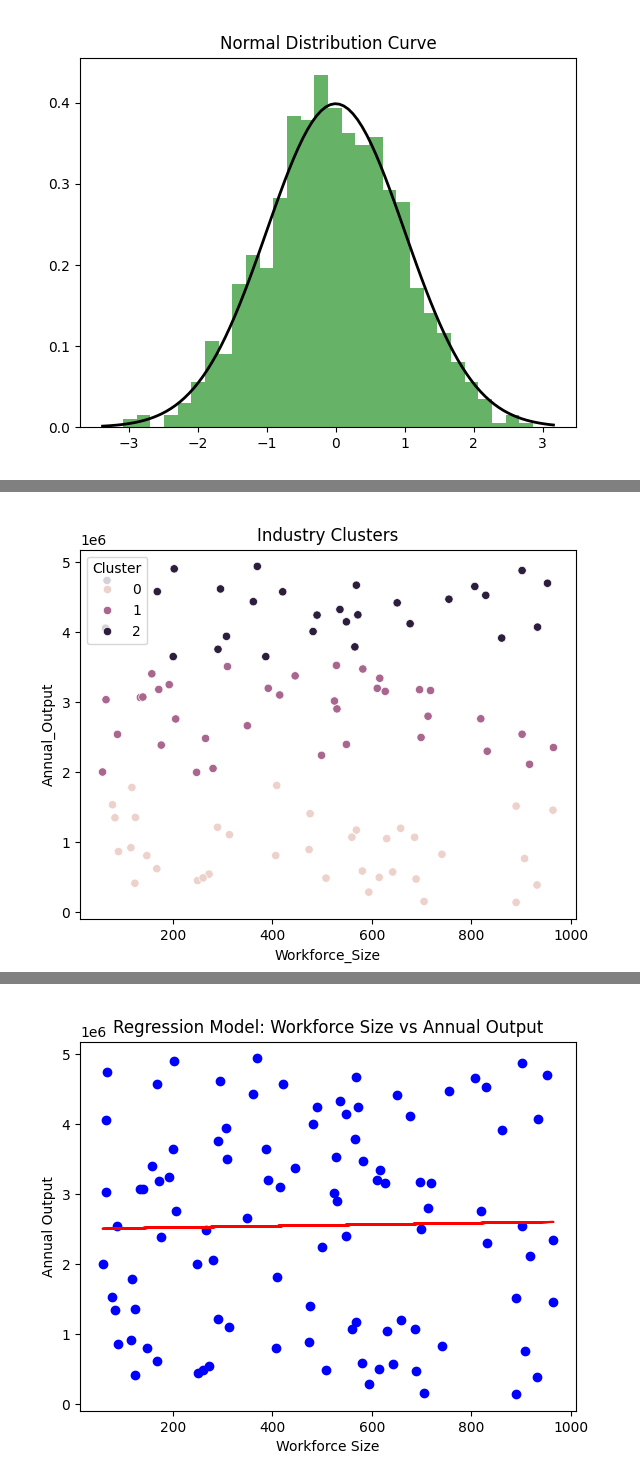
Repository: sjetti5555/GenAi
Script's output: python PresentationData/7Industrypolicyprep.py
An editor plug-in stored every save of this project. The script's output is shown before and after the next save, followed by the edit.
Each picture stacks the figures in order, with grey between them; figures that are only written to a file come last. Random numbers start from a fixed seed.

Above is the script's output before, as saved 2024-10-20 10:26:26.

### PresentationData/7Industrypolicyprep.py
import pandas as pd
import numpy as np
import matplotlib.pyplot as plt
import seaborn as sns
from scipy.stats import norm, ttest_ind
from sklearn.cluster import KMeans
from sklearn.linear_model import LinearRegression
import scipy.stats as stats

# Step 1: Load Dataset from CSV
file_path = r'C:\Users\srira\OneDrive\Desktop\Gen_AI\PresentationData\industry_data.csv'
df = pd.read_csv(file_path)

# Display the first few rows of the DataFrame to verify the data
print("Loaded Dataset:")
print(df.head())

# Step 2: Descriptive Statistics (Mean, Median, Mode)
mean_workforce = df['Workforce_Size'].mean()
median_workforce = df['Workforce_Size'].median()
mode_industry = df['Industry_Type'].mode()[0]

# Step 3: Probability Analysis with Normal Distribution
data = norm.rvs(size=1000, loc=0, scale=1)
plt.hist(data, bins=30, density=True, alpha=0.6, color='g')
xmin, xmax = plt.xlim()
x = np.linspace(xmin, xmax, 100)
p = norm.pdf(x)
plt.plot(x, p, 'k', linewidth=2)
plt.title("Normal Distribution Curve")
plt.show()

# Step 4: Confidence Interval Calculation
std_dev = df['Workforce_Size'].std()
confidence_level = 0.95
n = len(df)
h = stats.norm.ppf((1 + confidence_level) / 2) * (std_dev / np.sqrt(n))
confidence_interval = (mean_workforce - h, mean_workforce + h)

# Step 5: Clustering Analysis
kmeans = KMeans(n_clusters=3)
df['Cluster'] = kmeans.fit_predict(df[['Workforce_Size', 'Annual_Output']])
sns.scatterplot(data=df, x='Workforce_Size', y='Annual_Output', hue='Cluster')
plt.title('Industry Clusters')
plt.show()

# Step 6: T-Test
group1 = df[df['Industry_Type'] == 'Manufacturing']['Annual_Output']
group2 = df[df['Industry_Type'] == 'IT']['Annual_Output']
t_stat, p_value = ttest_ind(group1, group2)

# Step 7: Linear Regression
X = df[['Workforce_Size']].values
y = df['Annual_Output'].values
model = LinearRegression()
model.fit(X, y)
y_pred = model.predict(X)
plt.scatter(X, y, color='blue')
plt.plot(X, y_pred, color='red')
plt.title('Regression Model: Workforce Size vs Annual Output')
plt.xlabel('Workforce Size')
plt.ylabel('Annual Output')
plt.show()

# Output Summary
summary = {
    "Mean Workforce Size": mean_workforce,
    "Median Workforce Size": median_workforce,
    "Mode Industry Type": mode_industry,
    "Confidence Interval": confidence_interval,
    "T-Statistic": t_stat,
    "P-Value": p_value
}
summary

### PresentationData/industry_data.csv
Industry_Type,Workforce_Size,Annual_Output
Agriculture,135,3070500.1448073606
IT,392,3201344.5320841167
Agriculture,290,1215249.995557707
Manufacturing,250,453900.9721581675
Manufacturing,314,1109749.2086910568
Agriculture,248,2000292.0429291932
Manufacturing,807,4656475.782927807
Agriculture,699,2499202.144113585
Manufacturing,566,3793136.8199324603
Agriculture,482,4012755.103802133
IT,203,4908527.189798254
Manufacturing,829,4529981.751656874
Manufacturing,140,3076591.770593123
IT,350,2666761.4753460246
Agriculture,819,2766132.2716720924
Agriculture,569,1175766.0493832633
Manufacturing,529,3528799.235459311
Manufacturing,490,4247638.015188094
IT,206,2763298.0590850143
Agriculture,549,4151620.4989436893
IT,642,576625.7505926037
IT,84,1351375.6408751344
Manufacturing,177,2389980.197568243
IT,116,923606.200114177
Manufacturing,651,4422762.500638072
Agriculture,689,476305.0410202425
Manufacturing,124,415931.0596158709
IT,861,3919323.3870808175
Manufacturing,172,3184988.9808089607
Agriculture,273,545986.7281443733
IT,902,4884705.035127538
Manufacturing,933,4075856.1525257775
Agriculture,686,1072260.7326951034
Manufacturing,917,2115332.36708093
IT,65,4060453.0240287757
Manufacturing,168,623253.0615802248
Manufacturing,409,1812654.319000391
IT,125,1356030.7510352237
IT,148,809896.7701924144
IT,907,768675.8461876742
IT,902,2545034.758710171
IT,281,2055942.398150861
Agriculture,421,4580394.4985801745
Agriculture,549,2399452.1465138695
IT,89,2543300.114601563
IT,499,2243655.223333764
IT,158,3408804.376681487
Agriculture,308,3943927.527621789
IT,66,3038787.468686495
Agriculture,572,4251423.628364299
Agriculture,953,4702699.351576
Manufacturing,387,3654424.2229146524
Agriculture,569,4674967.690826447
Agriculture,705,155523.08239125862
IT,508,488827.5974634039
IT,677,4124110.8863900388
Agriculture,415,3106015.767380136
IT,474,896373.783859812
IT,611,3201163.362590126
IT,296,4620951.810671019
Agriculture,407,812052.6258940366
IT,890,142022.73022554
Manufacturing,91,868567.5312987741
Agriculture,718,3169900.8566946606
IT,932,390982.0464393731
IT,362,4439380.755515181
Agriculture,530,2907494.413623023
IT,890,1518013.205918499
Manufacturing,696,3181885.043858166
IT,266,2485227.0079795383
Manufacturing,79,1537480.642817138
Agriculture,446,3379382.389438244
Manufacturing,261,492227.1316310407
Agriculture,169,4583156.604811477
Agriculture,581,590325.1948567217
Agriculture,560,1073967.6917058118
IT,201,3654349.7374175983
Agriculture,630,1053860.3787793615
IT,627,3157023.3502360606
Manufacturing,713,2802413.5414687833
Manufacturing,582,3477287.6400683834
IT,476,1409586.960067622
IT,832,2302074.0447501624
Manufacturing,370,4943343.464224953
Manufacturing,616,3345193.82125751
Manufacturing,118,1784234.534867365
Agriculture,964,1459848.7054281519
Agriculture,193,3253747.353447184
IT,755,4474790.208440053
Manufacturing,965,2355107.4953424865
Agriculture,594,288972.08990251715
Manufacturing,536,4328024.184826102
Agriculture,741,829386.6321413796
Manufacturing,310,3512079.5341995275
IT,615,499324.67111255904
Agriculture,525,3020126.1833414785
IT,68,4742530.492143955
IT,59,2005129.0645311102
Manufacturing,291,3759039.607054911
IT,658,1200942.9898861842

After the next save:
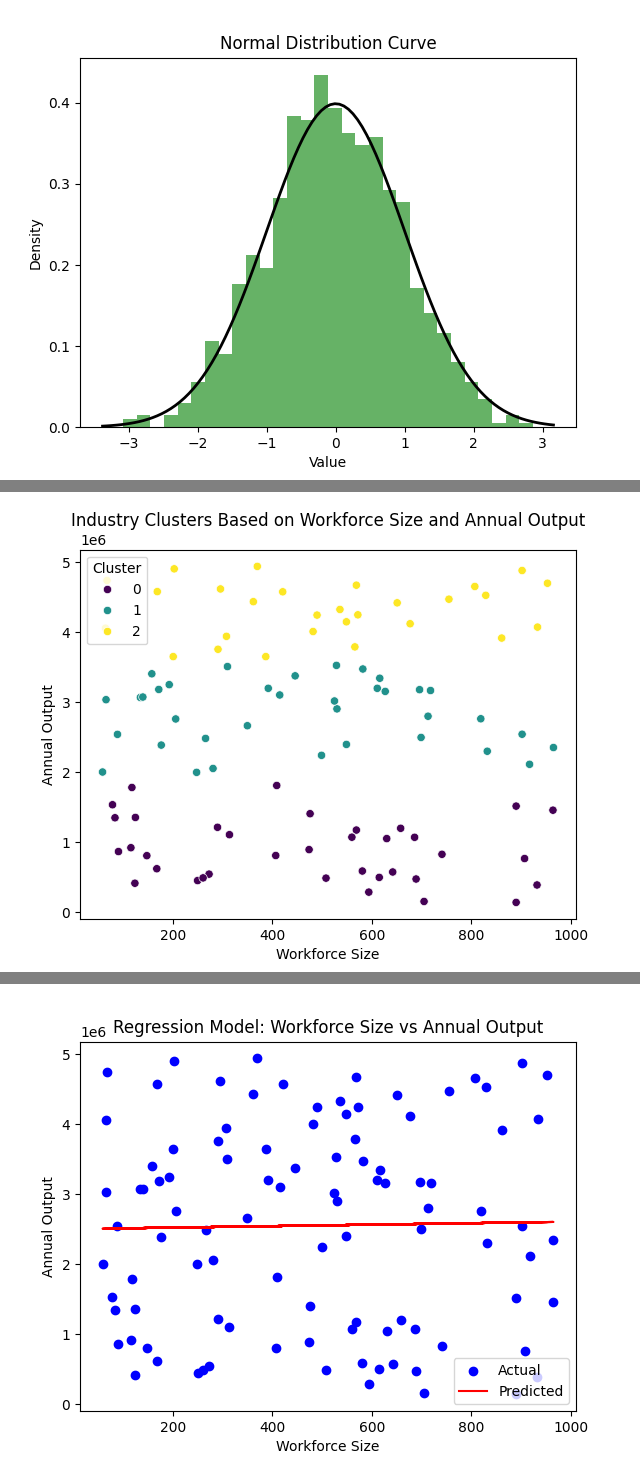
Saved 18 min 36 s later.
--- a/PresentationData/7Industrypolicyprep.py
+++ b/PresentationData/7Industrypolicyprep.py
@@ -15,6 +15,10 @@ df = pd.read_csv(file_path)
 print("Loaded Dataset:")
 print(df.head())
 
+# Check for missing values
+if df.isnull().values.any():
+    print("Warning: Missing values found in the dataset.")
+
 # Step 2: Descriptive Statistics (Mean, Median, Mode)
 mean_workforce = df['Workforce_Size'].mean()
 median_workforce = df['Workforce_Size'].median()
@@ -28,6 +32,8 @@ x = np.linspace(xmin, xmax, 100)
 p = norm.pdf(x)
 plt.plot(x, p, 'k', linewidth=2)
 plt.title("Normal Distribution Curve")
+plt.xlabel("Value")
+plt.ylabel("Density")
 plt.show()
 
 # Step 4: Confidence Interval Calculation
@@ -40,14 +46,22 @@ confidence_interval = (mean_workforce - h, mean_workforce + h)
 # Step 5: Clustering Analysis
 kmeans = KMeans(n_clusters=3)
 df['Cluster'] = kmeans.fit_predict(df[['Workforce_Size', 'Annual_Output']])
-sns.scatterplot(data=df, x='Workforce_Size', y='Annual_Output', hue='Cluster')
-plt.title('Industry Clusters')
+sns.scatterplot(data=df, x='Workforce_Size', y='Annual_Output', hue='Cluster', palette='viridis')
+plt.title('Industry Clusters Based on Workforce Size and Annual Output')
+plt.xlabel('Workforce Size')
+plt.ylabel('Annual Output')
 plt.show()
 
 # Step 6: T-Test
 group1 = df[df['Industry_Type'] == 'Manufacturing']['Annual_Output']
 group2 = df[df['Industry_Type'] == 'IT']['Annual_Output']
-t_stat, p_value = ttest_ind(group1, group2)
+
+# Check if groups are not empty before performing T-Test
+if len(group1) > 0 and len(group2) > 0:
+    t_stat, p_value = ttest_ind(group1, group2)
+else:
+    t_stat, p_value = None, None
+    print("Warning: One of the groups for the T-Test is empty.")
 
 # Step 7: Linear Regression
 X = df[['Workforce_Size']].values
@@ -55,11 +69,12 @@ y = df['Annual_Output'].values
 model = LinearRegression()
 model.fit(X, y)
 y_pred = model.predict(X)
-plt.scatter(X, y, color='blue')
-plt.plot(X, y_pred, color='red')
+plt.scatter(X, y, color='blue', label='Actual')
+plt.plot(X, y_pred, color='red', label='Predicted')
 plt.title('Regression Model: Workforce Size vs Annual Output')
 plt.xlabel('Workforce Size')
 plt.ylabel('Annual Output')
+plt.legend()
 plt.show()
 
 # Output Summary
@@ -71,4 +86,8 @@ summary = {
     "T-Statistic": t_stat,
     "P-Value": p_value
 }
-summary
+
+# Print summary results
+print("\nSummary Results:")
+for key, value in summary.items():
+    print(f"{key}: {value}")
